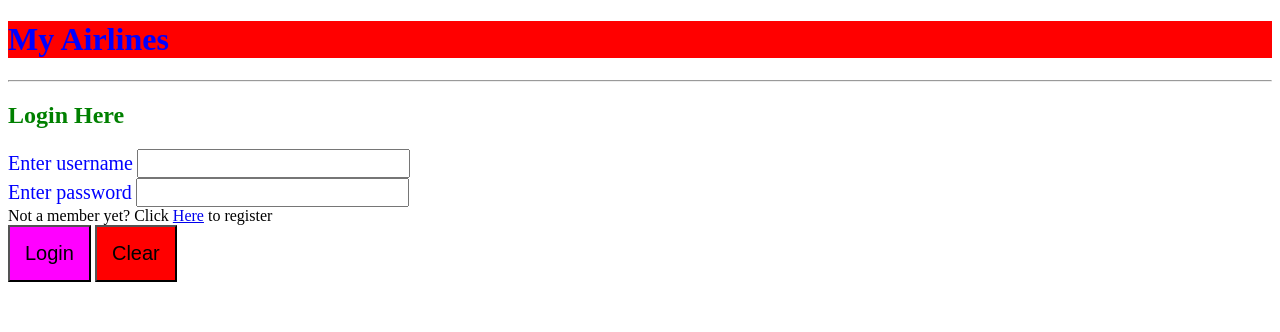
Repository: vishhaldawane/DS_WEB23
Page: MyWebProject/public/ResetPassword.html
An editor plug-in stored every save of this project. The page is shown before and after the next save, followed by the edit.
The browser window is 1280 px wide. The pictures show the whole page.

Above is the page before, as saved 2023-07-31 09:02:09.

### MyWebProject/public/ResetPassword.html
<!DOCTYPE html>
<html>

<head>
<meta charset="UTF-8">
	<title>Login here</title>
	<link rel="stylesheet" href="Login3.css">
</head>


	<body>
		<h1>My Airlines</h1>
		<hr>
		<h2>Login Here</h2>

		<form action="DashBoard.html">
			<label>Enter username</label> <input  type=text     name="uname"><br>
			<label>Enter password</label> <input  type=password name="upass"><br>

			Not a member yet? Click <a href="Register.html">Here</a> to register<br>

			<button type="submit">Login</button>
			<button style="background-color: red">Clear</button>
		</form>
	</body>

</html>

### MyWebProject/public/Login3.css
@charset "UTF-8";
		h1 {
			background-color:red;
			color: blue;
		}
		h2 {
			color: green;
		}
		label {
			color: blue;
			font-size: 20px;
		}
		input {
			color: black; font-size: 20px
		}
		button {
			padding: 15px; background-color: magenta; font-size: 20px
		}

After the next save:
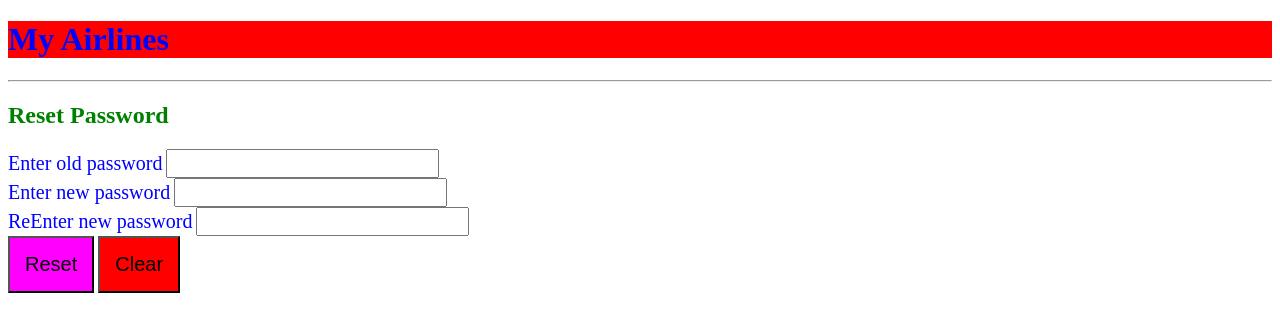
Saved 91 s later.
--- a/MyWebProject/public/ResetPassword.html
+++ b/MyWebProject/public/ResetPassword.html
@@ -11,15 +11,16 @@
 	<body>
 		<h1>My Airlines</h1>
 		<hr>
-		<h2>Login Here</h2>
+		<h2>Reset Password</h2>
 
-		<form action="DashBoard.html">
-			<label>Enter username</label> <input  type=text     name="uname"><br>
-			<label>Enter password</label> <input  type=password name="upass"><br>
+		<form action="Login3.html">
+			<label>Enter old password</label> <input  type=password name="oldpass"><br>
 
-			Not a member yet? Click <a href="Register.html">Here</a> to register<br>
+			<label>Enter new password</label> <input  type=password name="newpass"><br>
+			<label>ReEnter new password</label> <input  type=password name="newpass2"><br>
 
-			<button type="submit">Login</button>
+
+			<button type="submit">Reset</button>
 			<button style="background-color: red">Clear</button>
 		</form>
 	</body>
